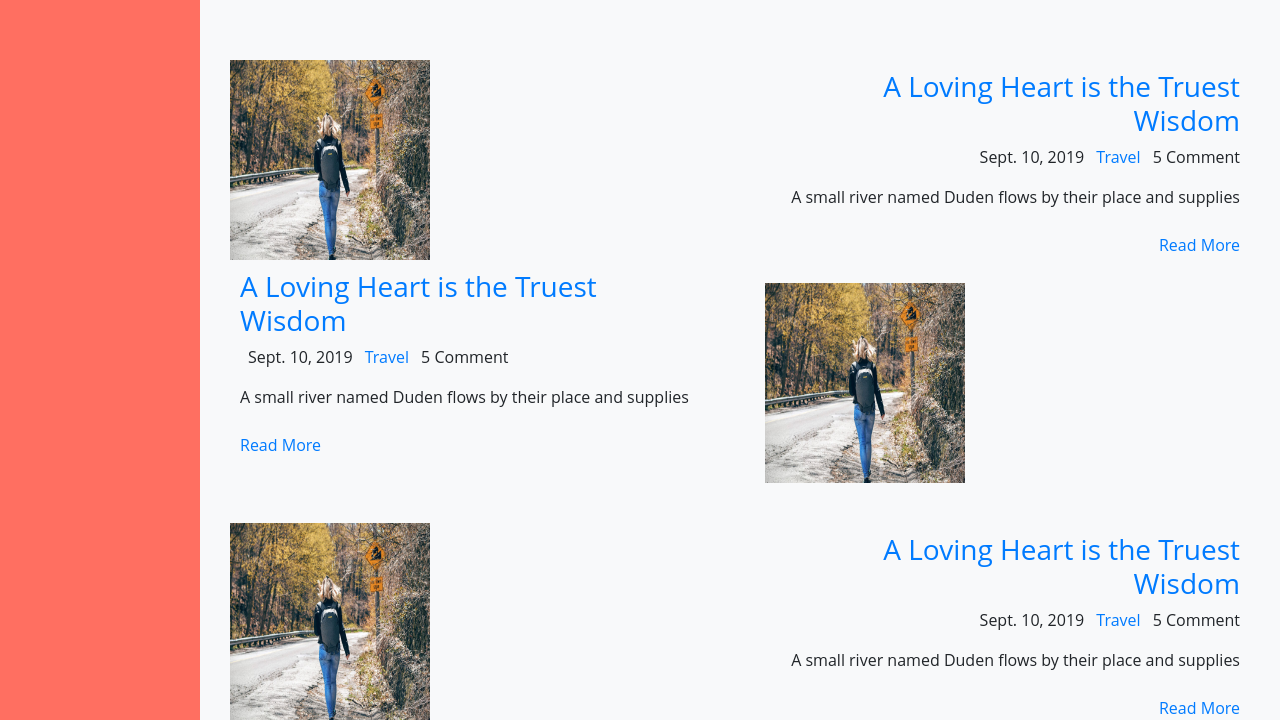
Repository: tts2610/GoogleNews
Page: index.html
An editor plug-in stored every save of this project. The page is shown before and after the next save, followed by the edit.
The browser window is 1280 px wide. The pictures show the whole page.
The page's requests for data from a server got no answer. An inner scrolling area shows only its first screen. Some web libraries are served in a nearby version.

Above is the page before, as saved 2020-05-20 23:11:46.

### index.html
<!DOCTYPE html>
<html lang="en">

<head>
    <meta charset="UTF-8">
    <meta name="viewport" content="width=device-width, initial-scale=1.0">
    <title>Document</title>
    <link rel="stylesheet" href="https://maxcdn.bootstrapcdn.com/bootstrap/4.4.1/css/bootstrap.min.css">

    <!-- jQuery library -->
    <script src="https://ajax.googleapis.com/ajax/libs/jquery/3.5.1/jquery.min.js"></script>

    <!-- Popper JS -->
    <script src="https://cdnjs.cloudflare.com/ajax/libs/popper.js/1.16.0/umd/popper.min.js"></script>

    <!-- Latest compiled JavaScript -->
    <script src="https://maxcdn.bootstrapcdn.com/bootstrap/4.4.1/js/bootstrap.min.js"></script>
    <link rel="stylesheet" href="css/style.css">

    <link href="https://unpkg.com/aos@2.3.1/dist/aos.css" rel="stylesheet">

    <link rel="stylesheet" href="https://cdnjs.cloudflare.com/ajax/libs/animate.css/4.0.0/animate.min.css" />
    <script src="js/moment.js"></script>
</head>

<body>
    <div class="myContainer">
        <div class="sidenav">
            <ul id="sideNav">
                <!-- <li></li>
                <li></li>
                <li></li> -->
            </ul>
        </div>
        <div class="content" id="myContent">

            <div class="row">
                <div class="col-6">
                    <div class="row" id='container-row-left'>

                        <div class="row">
                            <div class="news-img"><img src="img/image_8.jpg" width="200" height="200"></div>
                            <div class="blog-entry-left">
                                <div class="text">
                                    <h3 class="mb-2"><a href="single.html">A Loving Heart is the Truest Wisdom</a></h3>
                                    <div class="meta-wrap">
                                        <p class="meta">
                                            <span><i class="icon-calendar mr-2"></i>Sept. 10, 2019</span>
                                            <span><a href="single.html"><i class="icon-folder-o mr-2"></i>Travel</a></span>
                                            <span><i class="icon-comment2 mr-2"></i>5 Comment</span>
                                        </p>
                                    </div>
                                    <p class="mb-4">A small river named Duden flows by their place and supplies</p>
                                    <p><a href="#" class="btn-custom">Read More <span class="ion-ios-arrow-forward"></span></a></p>
                                </div>
                            </div>

                        </div>
                        <div class="row">
                            <div class="news-img"><img src="img/image_8.jpg" width="200" height="200"></div>
                            <div class="blog-entry-left">
                                <div class="text">
                                    <h3 class="mb-2"><a href="single.html">A Loving Heart is the Truest Wisdom</a></h3>
                                    <div class="meta-wrap">
                                        <p class="meta">
                                            <span><i class="icon-calendar mr-2"></i>Sept. 10, 2019</span>
                                            <span><a href="single.html"><i class="icon-folder-o mr-2"></i>Travel</a></span>
                                            <span><i class="icon-comment2 mr-2"></i>5 Comment</span>
                                        </p>
                                    </div>
                                    <p class="mb-4">A small river named Duden flows by their place and supplies</p>
                                    <p><a href="#" class="btn-custom">Read More <span class="ion-ios-arrow-forward"></span></a></p>
                                </div>
                            </div>

                        </div>


                        <!-- <div class="col-md-12">

                        </div> -->
                        <!-- <div class="col-md-12">

                        </div> -->
                    </div>
                </div>
                <div class="col-6">
                    <div class="row" id='container-row'>

                        <div class="row">
                            <div class="blog-entry">
                                <div class="text">
                                    <h3 class="mb-2"><a href="single.html">A Loving Heart is the Truest Wisdom</a></h3>
                                    <div class="meta-wrap">
                                        <p class="meta">
                                            <span><i class="icon-calendar mr-2"></i>Sept. 10, 2019</span>
                                            <span><a href="single.html"><i class="icon-folder-o mr-2"></i>Travel</a></span>
                                            <span><i class="icon-comment2 mr-2"></i>5 Comment</span>
                                        </p>
                                    </div>
                                    <p class="mb-4">A small river named Duden flows by their place and supplies</p>
                                    <p><a href="#" class="btn-custom">Read More <span class="ion-ios-arrow-forward"></span></a></p>
                                </div>
                            </div>
                            <div class="news-img"><img src="img/image_8.jpg" width="200" height="200"></div>
                        </div>
                        <div class="row">
                            <div class="blog-entry">
                                <div class="text">
                                    <h3 class="mb-2"><a href="single.html">A Loving Heart is the Truest Wisdom</a></h3>
                                    <div class="meta-wrap">
                                        <p class="meta">
                                            <span><i class="icon-calendar mr-2"></i>Sept. 10, 2019</span>
                                            <span><a href="single.html"><i class="icon-folder-o mr-2"></i>Travel</a></span>
                                            <span><i class="icon-comment2 mr-2"></i>5 Comment</span>
                                        </p>
                                    </div>
                                    <p class="mb-4">A small river named Duden flows by their place and supplies</p>
                                    <p><a href="#" class="btn-custom">Read More <span class="ion-ios-arrow-forward"></span></a></p>
                                </div>
                            </div>
                            <div class="news-img"><img src="img/image_8.jpg" width="200" height="200"></div>
                        </div>


                        <!-- <div class="col-md-12">

                        </div> -->
                        <!-- <div class="col-md-12">

                        </div> -->
                    </div>
                </div>
            </div>
            <!-- <button type="button" id="loadMoreBtn" class="btn btn-success my-3" style="margin-left: 470px;">Load more...</button> -->
        </div>
    </div>

    <script src="js/script.js"></script>
    <script src="https://unpkg.com/aos@2.3.1/dist/aos.js"></script>
    <script>
        AOS.init();
    </script>
</body>

</html>

### css/style.css
body {
    margin: 0;
    font-family: 'Open Sans', sans-serif;
}

.myContainer {
    display: flex;
    justify-content: start;
}

.sidenav {
    min-height: 100vh;
    width: 200px;
    float: left;
    position: relative;
    background-color: #FF6F61;
}

#sideNav {
    overflow-y: scroll;
}

.content {
    height: 100vh;
    width: calc(100% - 200px);
    float: right;
    position: relative;
    background-color: #f8f9fa;
    overflow-y: scroll;
}

.blog-entry-left {
    text-align: left;
    padding: 10px;
}

.blog-entry {
    padding: 10px;
}

.row {
    padding: 20px;
    font-size: medium;
    text-align: right;
}

#container-row {
    display: flex;
    justify-content: flex-end;
}

button {
    margin-left: 500px;
}

### js/script.js
let newsList = [];
const apiKey = "2dc86bcdc7184b17b45b74b30858f75a"
let page = 1;
let pageSize = 6;
let categoryList = [];
let q = "apple";

const loadNews = async(page) => {
    let sources = [];
    $("input:checkbox:checked").each(function() {
        sources.push($(this).val());
    });
    let url;
    if (!sources.length)
        url = `https://newsapi.org/v2/top-headlines?q=${q}&apiKey=${apiKey}&page=${page}&pageSize=${pageSize}`;
    else {
        let sourceStr = sources.join(",");
        url = `https://newsapi.org/v2/top-headlines?q=${q}&page=${page}&pageSize=${pageSize}&sources=${sourceStr}&apiKey=${apiKey}`
    }



    let data = await fetch(url);
    let result = await data.json();
    $("#myContent").empty();
    $("#myContent").append(render(result));
    $('#myContent').append(`<button onclick="loadMoreFunction()" id="loadMoreBtn" type="button" class="btn btn-success my-4">Load more</button>`);
    $('#myContent').append(`<div id="currentNews" style="text-align:right;">Shown : ${result.articles.length} news</div>`);
}

$(document).ready(function() {
    countCategory();
    // loadNews(page);

});

async function countCategory() {
    let filterUrl = `https://newsapi.org/v2/top-headlines?q=${q}&apiKey=${apiKey}`;
    let filterData = await fetch(filterUrl);
    let result = await filterData.json();
    result.articles.forEach((x, i) => {
        addToDictionary(x.source);
    });
    reloadFilter();
}


function loadMoreFunction() {
    page++;
    $("#loadMoreBtn").remove();
    $("#currentNews").remove();
    loadNews(page);
}

function reloadFilter() {
    $("#sideNav").empty();
    categoryList.forEach(element => {
        let html = `<div class="form-check">
                        <input class="form-check-input" onchange="loadNews(1);" type="checkbox" id="${element.id}" value="${element.id}">
                        <label class="form-check-label">${element.category}(${element.count})</label>
                    </div>`;
        $("#sideNav").append(html);
    });
}

function addToDictionary(x) {
    let flag;
    for (let i = 0; i < categoryList.length; i++) {
        if (categoryList[i].id == x.id) {
            categoryList[i].count++;
            flag = true;
        }
    }
    if (!flag)
        categoryList.push({ id: x.id, category: x.name, count: 1 })
}

function render(result) {
    let innerHtml = '';
    let firstNum = 0;
    let midNum;
    let midNum2;
    let lastNum;
    result.articles.forEach((x, i) => {
        if (i == firstNum) {
            innerHtml += `<div class="row">
            <div class="col-6">
                <div class="row" id='container-row-left'>

                    <div class="row">
                        <div class="news-img"><img src="img/image_8.jpg" width="200" height="200"></div>
                        <div class="blog-entry-left">
                            <div class="text">
                                <h3 class="mb-2"><a href="single.html">A Loving Heart is the Truest Wisdom</a></h3>
                                <div class="meta-wrap">
                                    <p class="meta">
                                        <span><i class="icon-calendar mr-2"></i>Sept. 10, 2019</span>
                                        <span><a href="single.html"><i class="icon-folder-o mr-2"></i>Travel</a></span>
                                        <span><i class="icon-comment2 mr-2"></i>5 Comment</span>
                                    </p>
                                </div>
                                <p class="mb-4">A small river named Duden flows by their place and supplies</p>
                                <p><a href="#" class="btn-custom">Read More <span class="ion-ios-arrow-forward"></span></a></p>
                            </div>
                        </div>

                    </div>`
            midNum = i + 1;
            firstNum = firstNum + 3;
        }
        if (i == midNum) {
            innerHtml += `<div class="row">
            <div class="news-img"><img src="img/image_8.jpg" width="200" height="200"></div>
            <div class="blog-entry-left">
                <div class="text">
                    <h3 class="mb-2"><a href="single.html">A Loving Heart is the Truest Wisdom</a></h3>
                    <div class="meta-wrap">
                        <p class="meta">
                            <span><i class="icon-calendar mr-2"></i>Sept. 10, 2019</span>
                            <span><a href="single.html"><i class="icon-folder-o mr-2"></i>Travel</a></span>
                            <span><i class="icon-comment2 mr-2"></i>5 Comment</span>
                        </p>
                    </div>
                    <p class="mb-4">A small river named Duden flows by their place and supplies</p>
                    <p><a href="#" class="btn-custom">Read More <span class="ion-ios-arrow-forward"></span></a></p>
                </div>
            </div>

        </div>
    </div>
</div>`
            midNum2 = i + 1;
        }
        if (i == midNum2) {
            innerHtml += `<div class="col-6">
            <div class="row" id='container-row'>

                <div class="row">
                    <div class="blog-entry">
                        <div class="text">
                            <h3 class="mb-2"><a href="single.html">A Loving Heart is the Truest Wisdom</a></h3>
                            <div class="meta-wrap">
                                <p class="meta">
                                    <span><i class="icon-calendar mr-2"></i>Sept. 10, 2019</span>
                                    <span><a href="single.html"><i class="icon-folder-o mr-2"></i>Travel</a></span>
                                    <span><i class="icon-comment2 mr-2"></i>5 Comment</span>
                                </p>
                            </div>
                            <p class="mb-4">A small river named Duden flows by their place and supplies</p>
                            <p><a href="#" class="btn-custom">Read More <span class="ion-ios-arrow-forward"></span></a></p>
                        </div>
                    </div>
                    <div class="news-img"><img src="img/image_8.jpg" width="200" height="200"></div>
                </div>`
            lastNum = i + 1;
        }
        if (i == lastNum) {
            innerHtml += `<div class="row">
            <div class="blog-entry">
                <div class="text">
                    <h3 class="mb-2"><a href="single.html">A Loving Heart is the Truest Wisdom</a></h3>
                    <div class="meta-wrap">
                        <p class="meta">
                            <span><i class="icon-calendar mr-2"></i>Sept. 10, 2019</span>
                            <span><a href="single.html"><i class="icon-folder-o mr-2"></i>Travel</a></span>
                            <span><i class="icon-comment2 mr-2"></i>5 Comment</span>
                        </p>
                    </div>
                    <p class="mb-4">A small river named Duden flows by their place and supplies</p>
                    <p><a href="#" class="btn-custom">Read More <span class="ion-ios-arrow-forward"></span></a></p>
                </div>
            </div>
            <div class="news-img"><img src="img/image_8.jpg" width="200" height="200"></div>
        </div>
    </div>
</div>
</div>
`
        }


    });
    return innerHtml;
}

Loaded but not shown: js/moment.js (library)

After the next save:
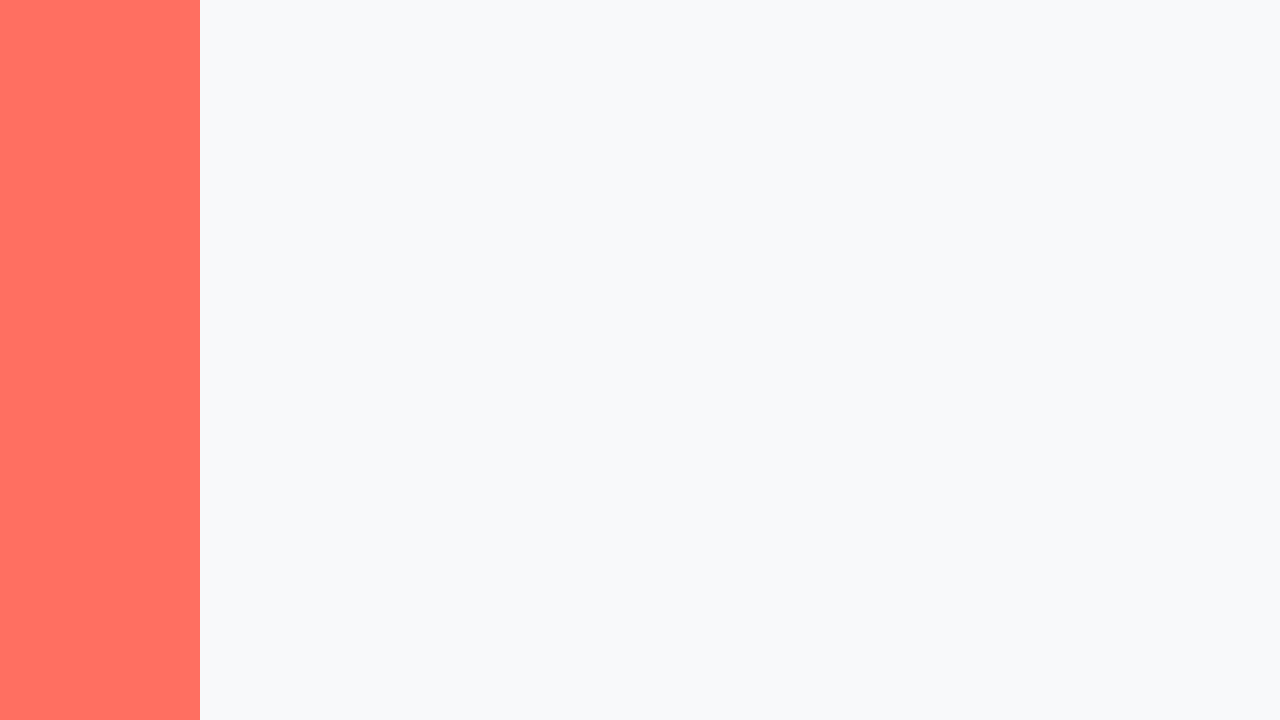
Saved 9 s later.
--- a/index.html
+++ b/index.html
@@ -34,7 +34,7 @@
         </div>
         <div class="content" id="myContent">
 
-            <div class="row">
+            <!-- <div class="row">
                 <div class="col-6">
                     <div class="row" id='container-row-left'>
 
@@ -74,14 +74,6 @@
                             </div>
 
                         </div>
-
-
-                        <!-- <div class="col-md-12">
-
-                        </div> -->
-                        <!-- <div class="col-md-12">
-
-                        </div> -->
                     </div>
                 </div>
                 <div class="col-6">
@@ -121,17 +113,9 @@
                             </div>
                             <div class="news-img"><img src="img/image_8.jpg" width="200" height="200"></div>
                         </div>
-
-
-                        <!-- <div class="col-md-12">
-
-                        </div> -->
-                        <!-- <div class="col-md-12">
-
-                        </div> -->
                     </div>
                 </div>
-            </div>
+            </div> -->
             <!-- <button type="button" id="loadMoreBtn" class="btn btn-success my-3" style="margin-left: 470px;">Load more...</button> -->
         </div>
     </div>

After the 2 saves that followed:
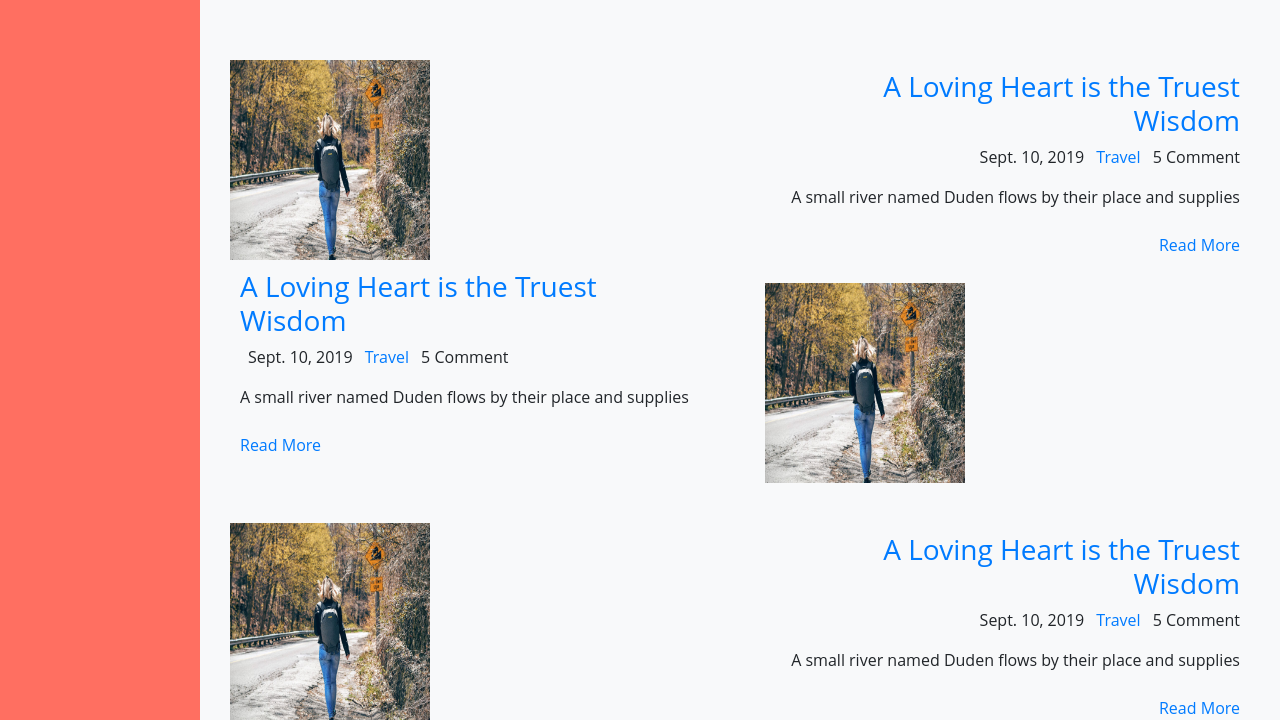
The 2 saves are shown as one change because 1 left the picture as it was.
The last was saved 79 s later.
--- a/index.html
+++ b/index.html
@@ -34,7 +34,7 @@
         </div>
         <div class="content" id="myContent">
 
-            <!-- <div class="row">
+            <div class="row">
                 <div class="col-6">
                     <div class="row" id='container-row-left'>
 
@@ -115,7 +115,7 @@
                         </div>
                     </div>
                 </div>
-            </div> -->
+            </div>
             <!-- <button type="button" id="loadMoreBtn" class="btn btn-success my-3" style="margin-left: 470px;">Load more...</button> -->
         </div>
     </div>
--- a/js/script.js
+++ b/js/script.js
@@ -30,7 +30,7 @@ const loadNews = async(page) => {
 
 $(document).ready(function() {
     countCategory();
-    // loadNews(page);
+    loadNews(page);
 
 });
 
